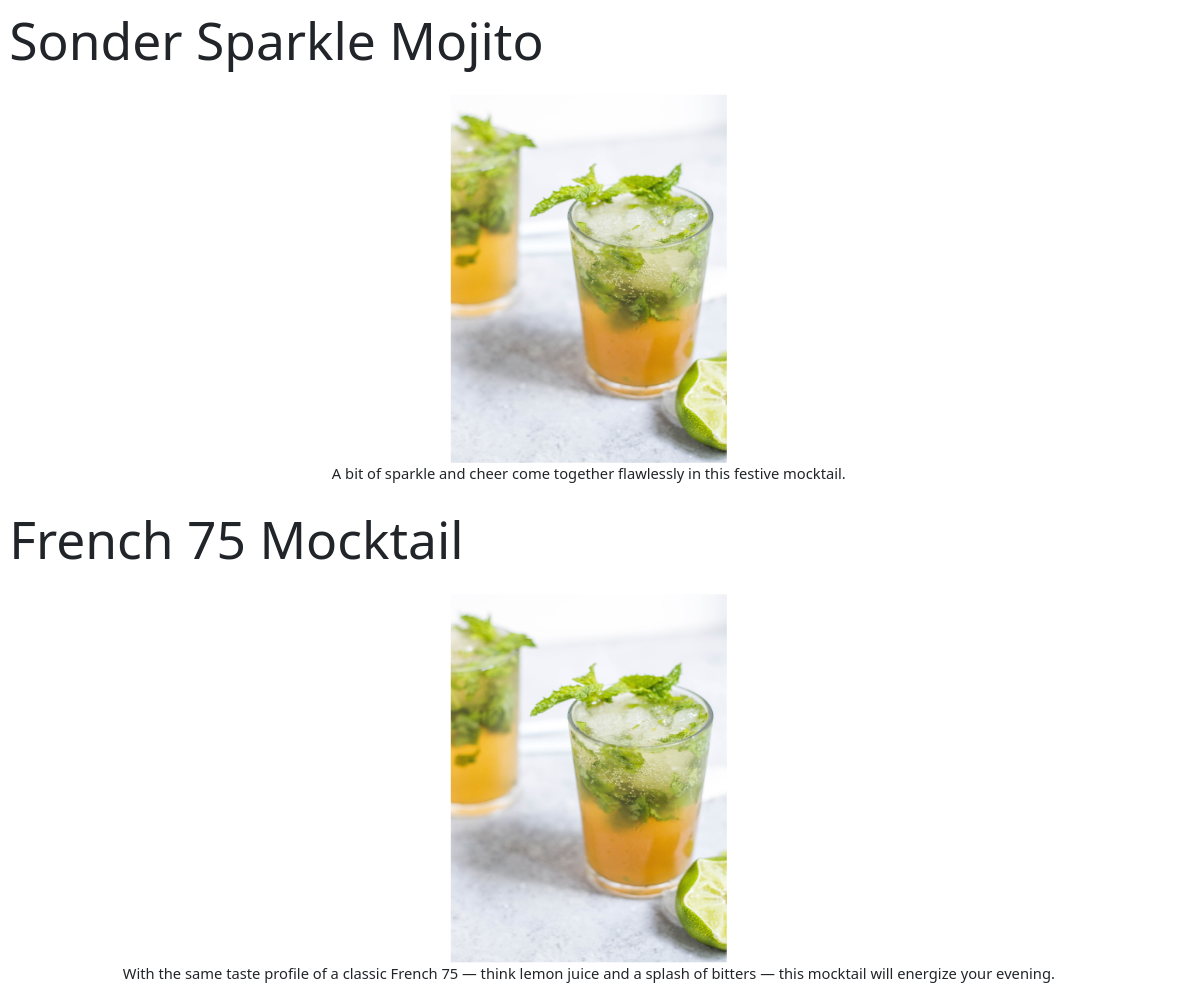
Repository: Flatbook/sliced_bread
Page: http://localhost/
The author's editor kept a copy of each file at every save. The page is drawn from the files as they stood at one save, then again after the next save.
The browser window is 1280 px wide. The pictures show the whole page, at 92% of full size.
Some web libraries are served in a nearby version. The page is served by the project's application, run on Flask 3 (app.py).

Above is the page before, as saved 2021-05-15 23:24:41.

After the next save:
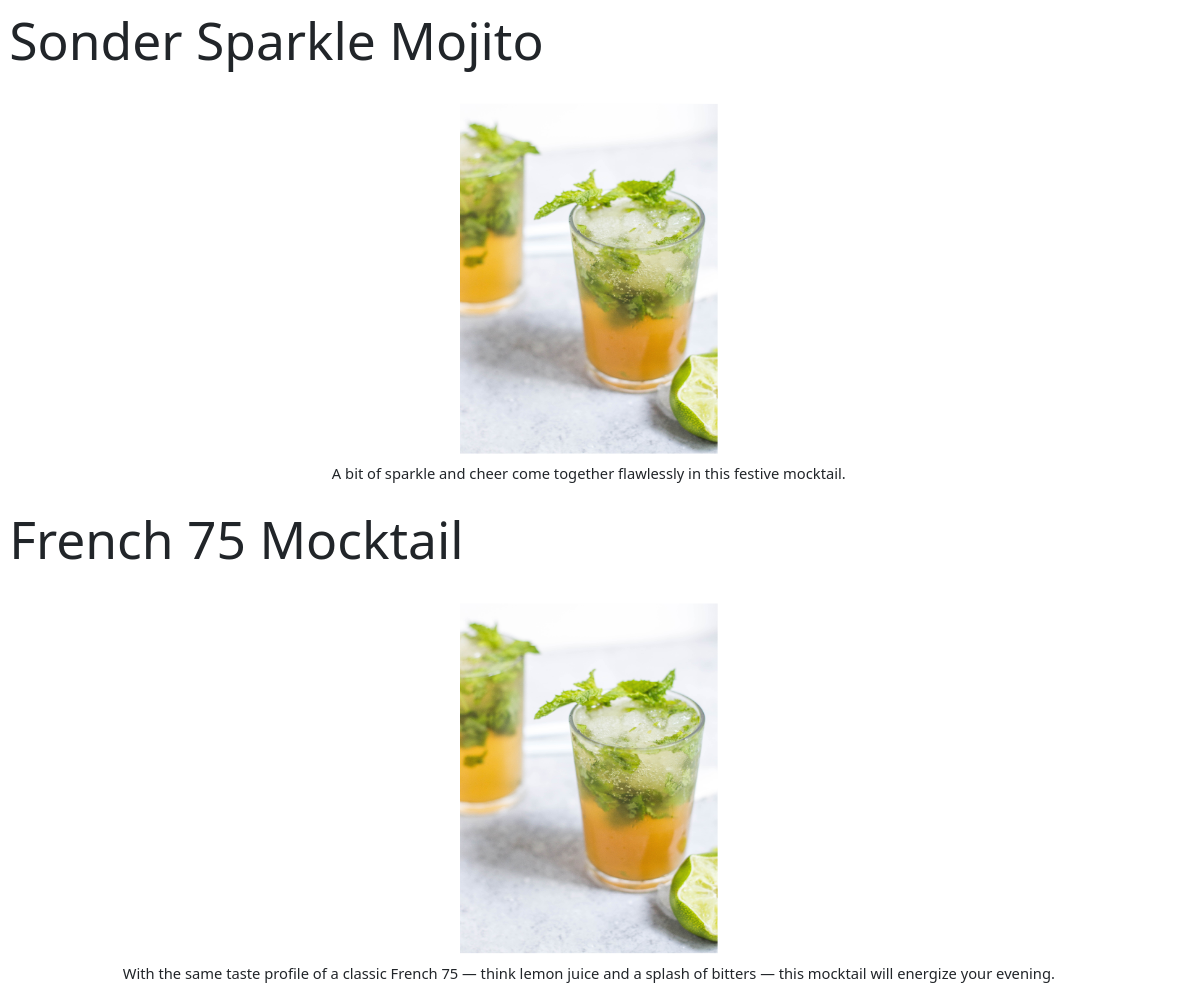
Saved 26 s later.
--- a/flask_project/templates/home.html
+++ b/flask_project/templates/home.html
@@ -2,7 +2,7 @@
 {% block content %}
     {% for drink in drinks %}
         <p class="display-4" style="padding: 10px 10px">{{drink.title}}</p>
-        <img src="{{ user_image }}" width="300" height="400" class="mx-auto d-block"/>
+        <img src="{{ user_image }}" width="300" height="400" class="mx-auto d-block" style="padding: 10px 10px"/>
 
         <p style="text-align: center" >{{drink.description}}</p>
     {% endfor %}
